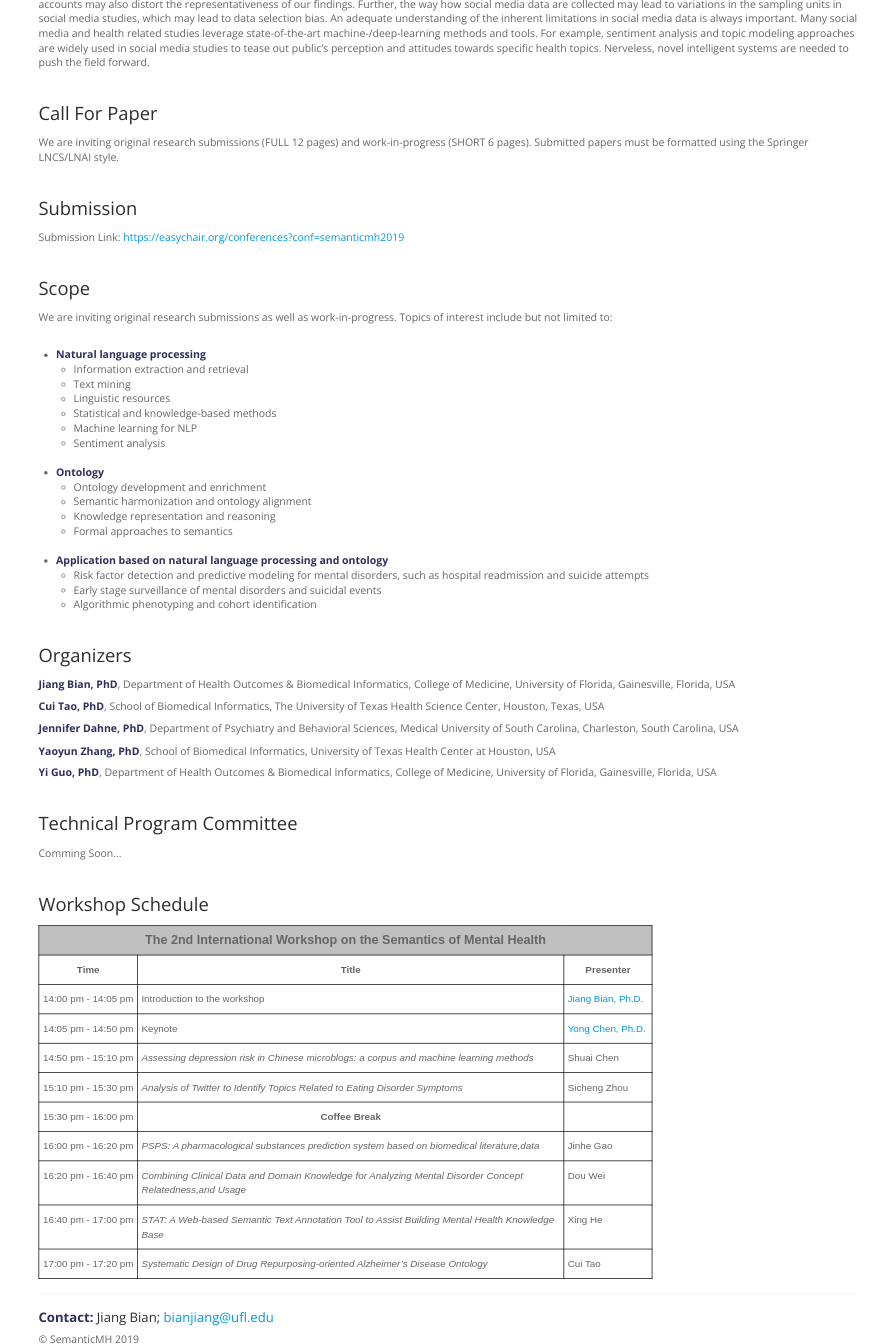
Repository: bianjiang/semantics-powered.org
Page: ISSWHR-2020/index.html
The author's editor kept a copy of each file at every save. The page is drawn from the files as they stood at one save, then again after the next save.
The browser window is 1280 px wide. The pictures show the part of the page from y = 627 to 2547 px (the page is 2601 px tall before and 2633 px after), at 70% of full size.
Some web libraries are served in a nearby version.

Above is the page before, as saved 2019-10-26 16:55:48.
Console error (its wording comes from the project's code and is left out).

After the next save:
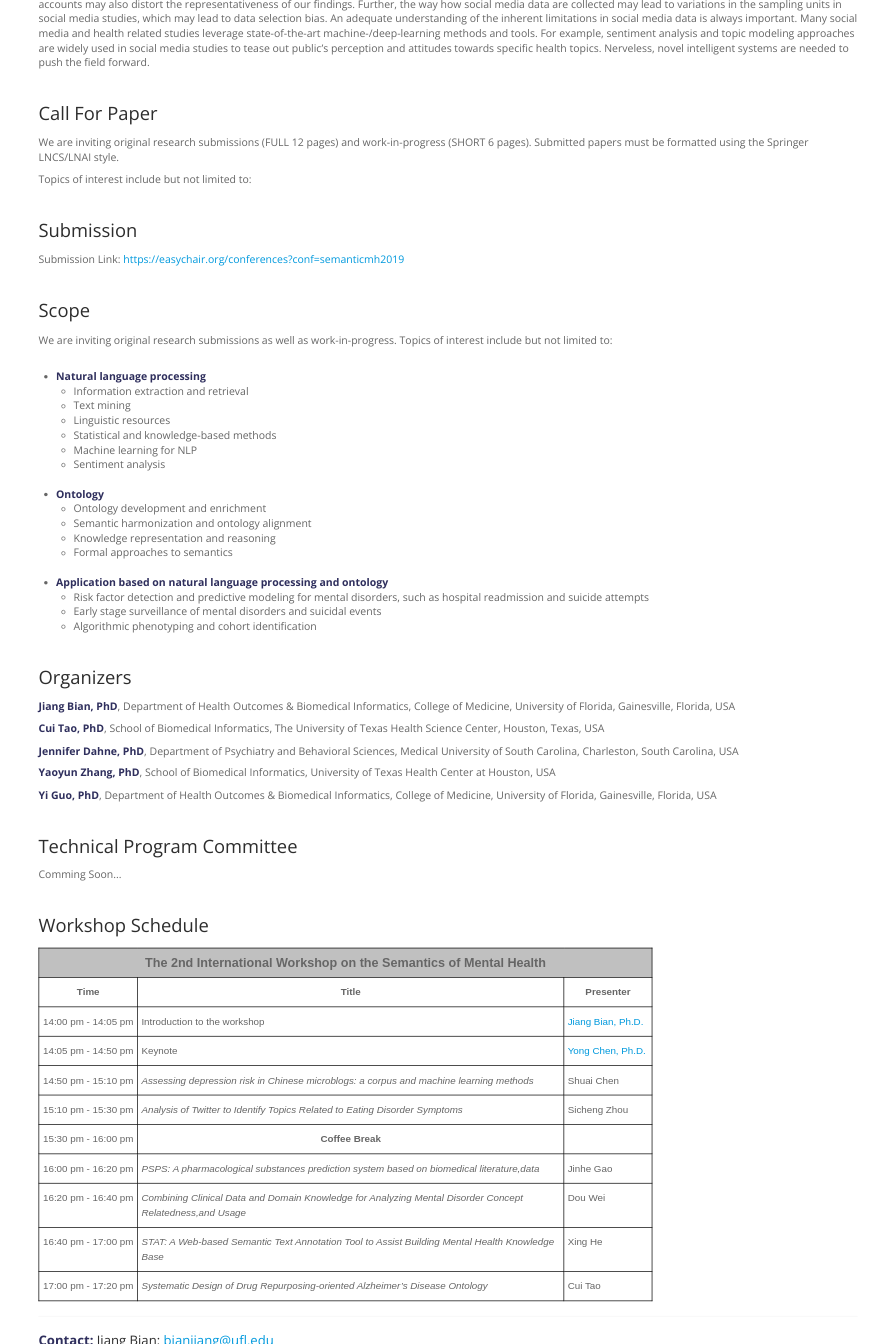
Saved 8 s later.
--- a/ISSWHR-2020/index.html
+++ b/ISSWHR-2020/index.html
@@ -144,7 +144,7 @@
         <div class="span12">
           <h3>Call For Paper</h3>
           <p>We are inviting original research submissions (FULL 12 pages) and work-in-progress (SHORT 6 pages).  Submitted papers must be formatted using the Springer LNCS/LNAI style.</p>
-          <p></p>
+          <p>Topics of interest include but not limited to:</p>
         </div>
       </div>
     </section>
